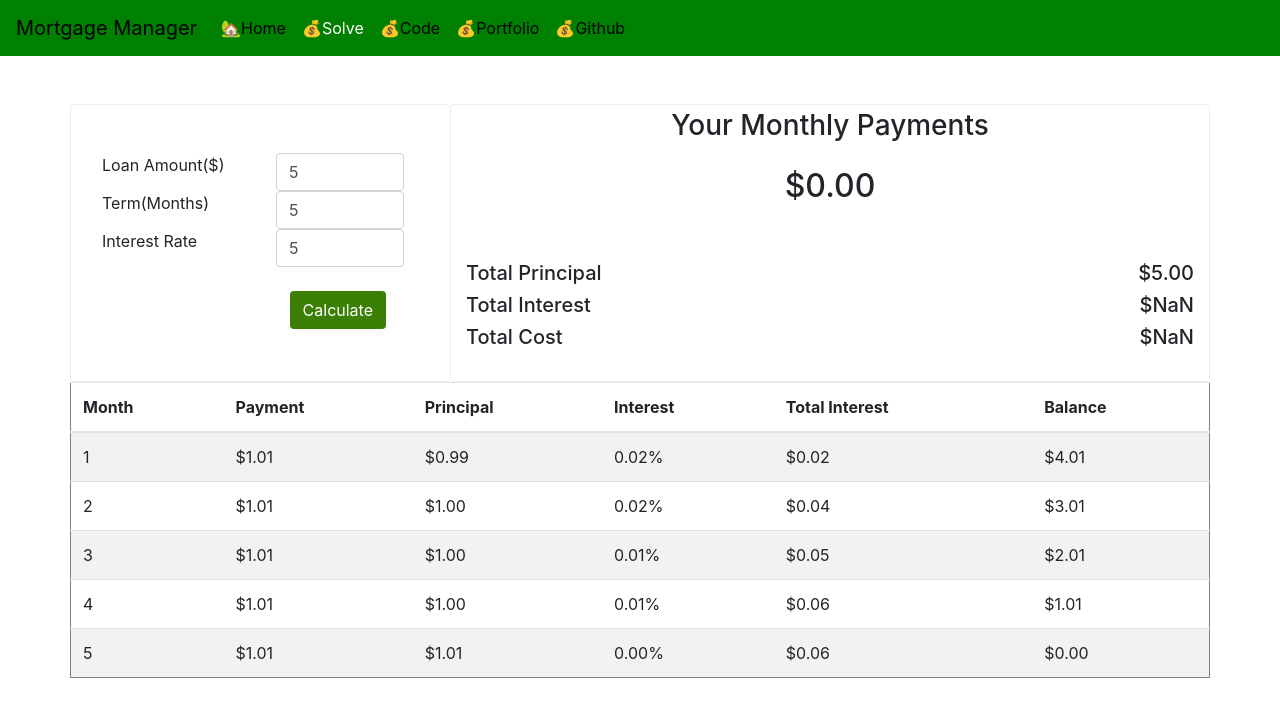
Repository: zhadjah9559/MortgageManager
Page: solve.html
An editor plug-in stored every save of this project. The page is shown before and after the next save, followed by the edit.
The browser window is 1280 px wide. The pictures show the whole page.
Empty fields were first filled with sample values (such as "Sample", 5 or name@example.com).
After loading, the first visible `button.btn` was clicked once.

Above is the page before, as saved 2021-01-17 13:57:26.

After the next save:
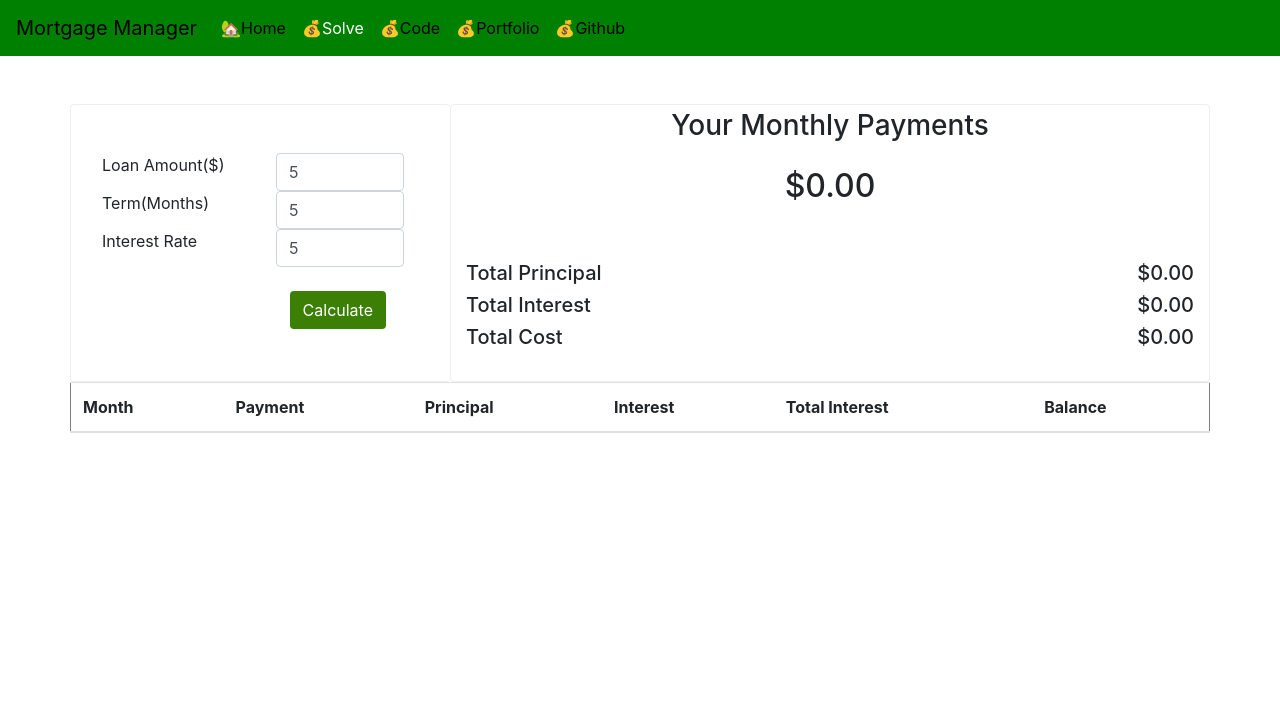
Console error: SyntaxError: Unexpected token ']'
Saved 67 s later.
--- a/js/custom.js
+++ b/js/custom.js
@@ -57,7 +57,7 @@
     }
     document.getElementById("tBody").innerHTML = tBody
     document.getElementById("totalPrincipalOutput").innerHTML = `$${(Math.round(  loanAmount  *100)/100).toFixed(2)}`
-    document.getElementById("totalInterestOutput").innerHTML = `$${(Math.round(  totalInterest  *100)/100).toFixed(2)}`
+    document.getElementById("totalInterestOutput").innerHTML = `$${(Math.round(  totalInterest[]  *100)/100).toFixed(2)}`
     document.getElementById("totalCostOutput").innerHTML = `$${(Math.round( (loanAmount + totalInterest)  *100)/100).toFixed(2)}`
 
 

After the save that followed:
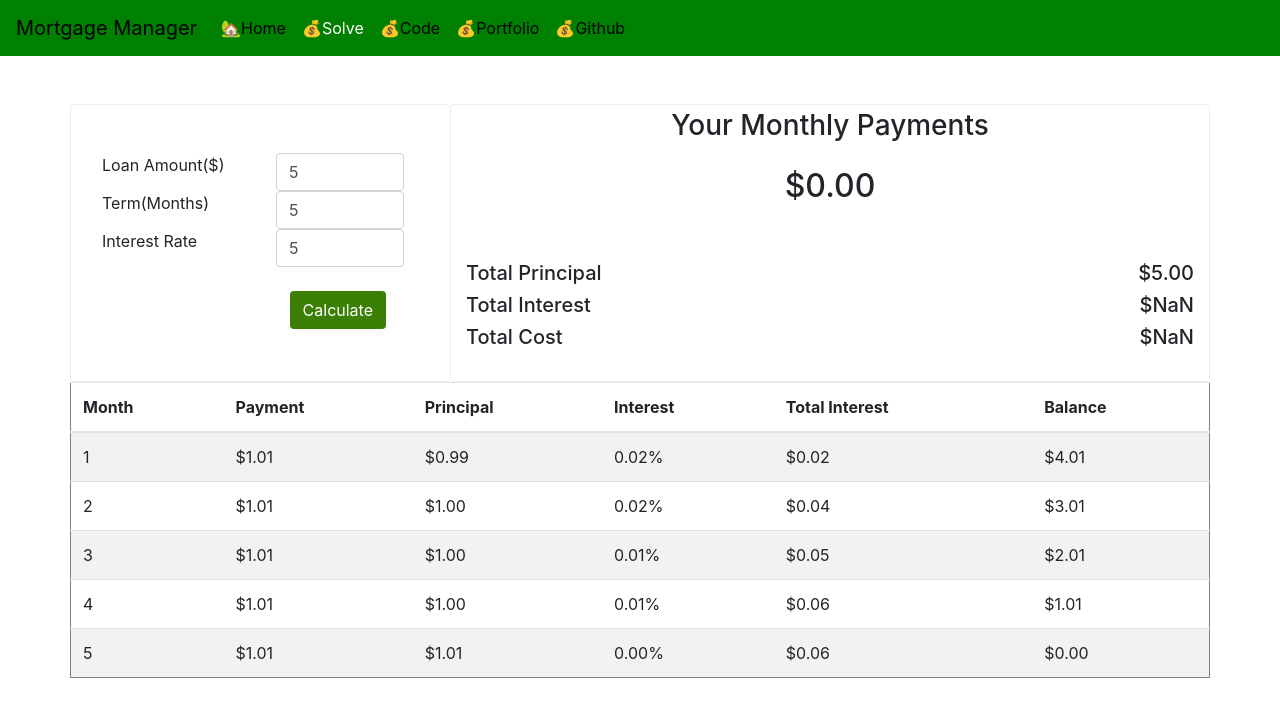
The error is gone.
Saved 6 s later.
--- a/js/custom.js
+++ b/js/custom.js
@@ -57,7 +57,7 @@
     }
     document.getElementById("tBody").innerHTML = tBody
     document.getElementById("totalPrincipalOutput").innerHTML = `$${(Math.round(  loanAmount  *100)/100).toFixed(2)}`
-    document.getElementById("totalInterestOutput").innerHTML = `$${(Math.round(  totalInterest[]  *100)/100).toFixed(2)}`
+    document.getElementById("totalInterestOutput").innerHTML = `$${(Math.round(  totalInterest[-1]  *100)/100).toFixed(2)}`
     document.getElementById("totalCostOutput").innerHTML = `$${(Math.round( (loanAmount + totalInterest)  *100)/100).toFixed(2)}`
 
 
